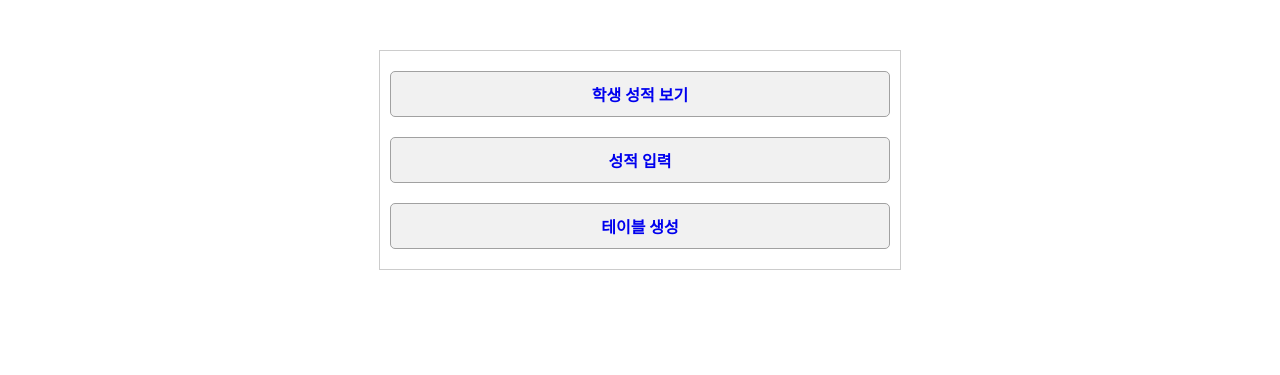
Repository: go-soojin/JAVA
Page: http://localhost/Project0521/
These files come from the project's save history. The page is drawn as it stood at one moment and after the next save; the edit follows.
The browser window is 1280 px wide. The pictures show the whole page.
The page is served by Tomcat 9.

Above is the page before, as saved 2021-05-21 01:50:48.

After the next save:
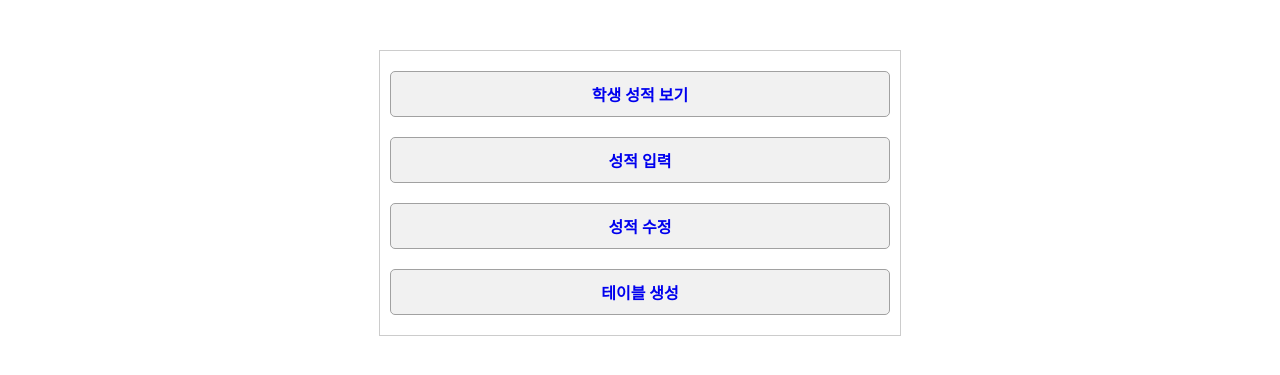
Saved 8 min 16 s later.
--- a/Project0521/src/main/webapp/WEB-INF/views/main.jsp
+++ b/Project0521/src/main/webapp/WEB-INF/views/main.jsp
@@ -14,6 +14,7 @@
     <section class="wrap">
       <a href="list">학생 성적 보기</a>
       <a href="insert">성적 입력</a>
+      <a href="edit">성적 수정</a>
       <a href="create_table">테이블 생성</a>
     </section>
 
